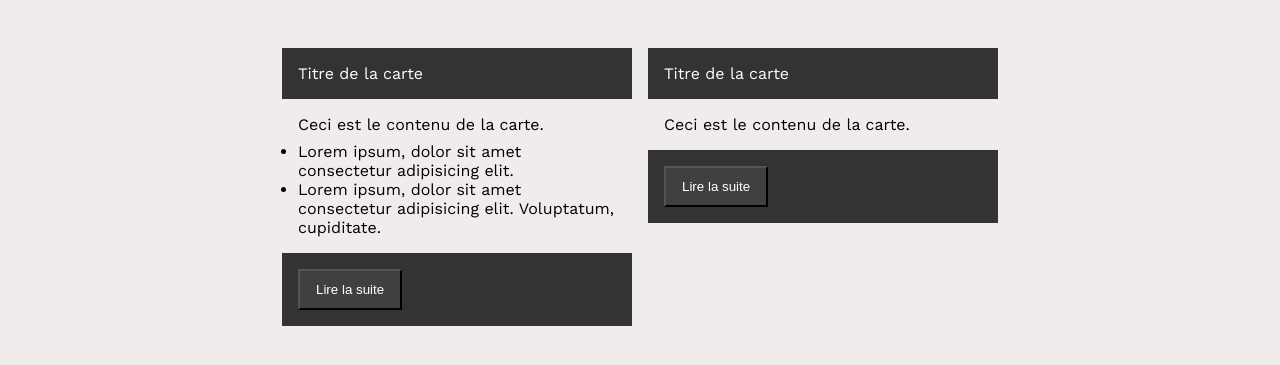
Repository: b3no1t/SASS--the-beginning
Page: exercices/cards/index.html
These files come from the project's save history. The page is drawn as it stood at one moment and after the next save; the edit follows.
The browser window is 1280 px wide. The pictures show the whole page.

Above is the page before, as saved 2025-02-02 01:23:50.

### exercices/cards/index.html
<!DOCTYPE html>
<html lang="fr">
  <head>
    <meta charset="UTF-8" />
    <meta name="viewport" content="width=device-width, initial-scale=1.0" />
    <meta name="author" content="Benoit Lepage" />
    <link rel="stylesheet" href="./assets/styles/main-prod.css">
    <title>Cards, a combination of BEM and SASS</title>
  </head>
  <body>
<div class="cards">

    <div class="card">
      <div class="card__header">
        Titre de la carte
      </div>
      <div class="card__body">
       <p> Ceci est le contenu de la carte.</p>
       <ul>
        <li>Lorem ipsum, dolor sit amet consectetur adipisicing elit.</li>
        <li>Lorem ipsum, dolor sit amet consectetur adipisicing elit. Voluptatum, cupiditate.</li>
       </ul>
      </div>

      <div class="card__footer">
        <button class="card__button">
          Lire la suite
        </button>
      </div>
    </div>

    <div class="card">
      <div class="card__header">
        Titre de la carte
      </div>
      <div class="card__body">
        Ceci est le contenu de la carte.
      </div>
      <div class="card__footer">
        <button class="card__button">
          Lire la suite
        </button>
      </div>
    </div>

  </div>
  </body>
</html>

### exercices/cards/assets/styles/main-prod.css
@import url("https://fonts.googleapis.com/css2?family=Work+Sans:ital,wght@0,100..900;1,100..900&display=swap");
.card {
  width: 350px; /* pour la demo */
}
.card__header {
  background-color: #333;
  color: #fff;
  padding: 1rem;
}
.card__body {
  padding: 1em;
}
.card__body > * + * {
  margin-top: 0.5em;
}
.card__footer {
  background-color: #333;
  color: #fff;
  padding: 1rem;
}

.card__button {
  text-decoration: none;
  display: inline-block;
  color: #fff;
  padding: 0.7rem 1rem;
  background-color: hsl(0, 0%, 25%);
  transition: background-color 250ms ease-in-out;
}
.card__button:hover {
  background-color: hsl(0, 0%, 65%);
}

*, *::before, *::after {
  box-sizing: border-box;
  margin: 0;
  padding: 0;
}

body {
  font-family: "Work Sans", sans-serif;
  background-color: #f0ecec;
}

.cards {
  margin-top: 3em;
  display: flex;
  flex-wrap: wrap;
  gap: 1em;
  justify-content: center;
}

/*# sourceMappingURL=main-prod.css.map */

After the next save:
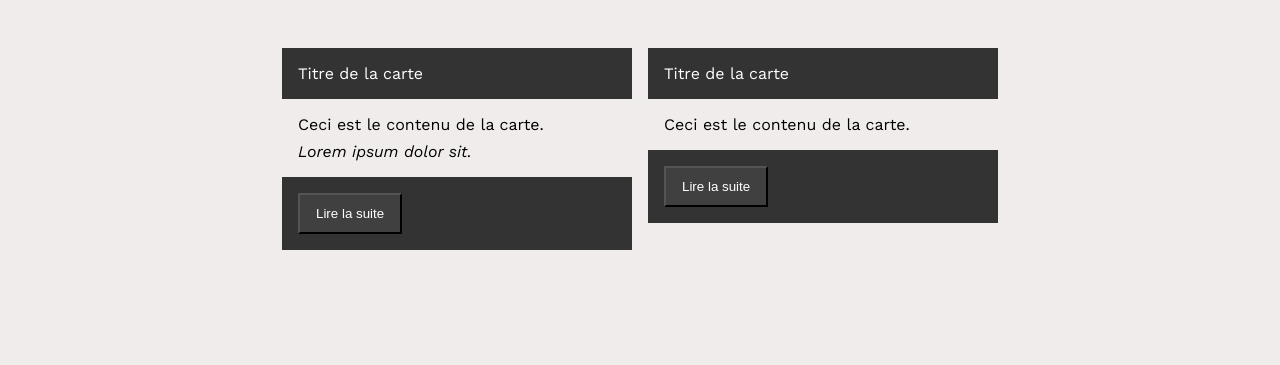
Saved 55 s later.
--- a/exercices/cards/index.html
+++ b/exercices/cards/index.html
@@ -16,10 +16,10 @@
       </div>
       <div class="card__body">
        <p> Ceci est le contenu de la carte.</p>
-       <ul>
-        <li>Lorem ipsum, dolor sit amet consectetur adipisicing elit.</li>
-        <li>Lorem ipsum, dolor sit amet consectetur adipisicing elit. Voluptatum, cupiditate.</li>
-       </ul>
+
+       <blockquote>
+        <cite>Lorem ipsum dolor sit.</cite>
+       </blockquote>
       </div>
 
       <div class="card__footer">
